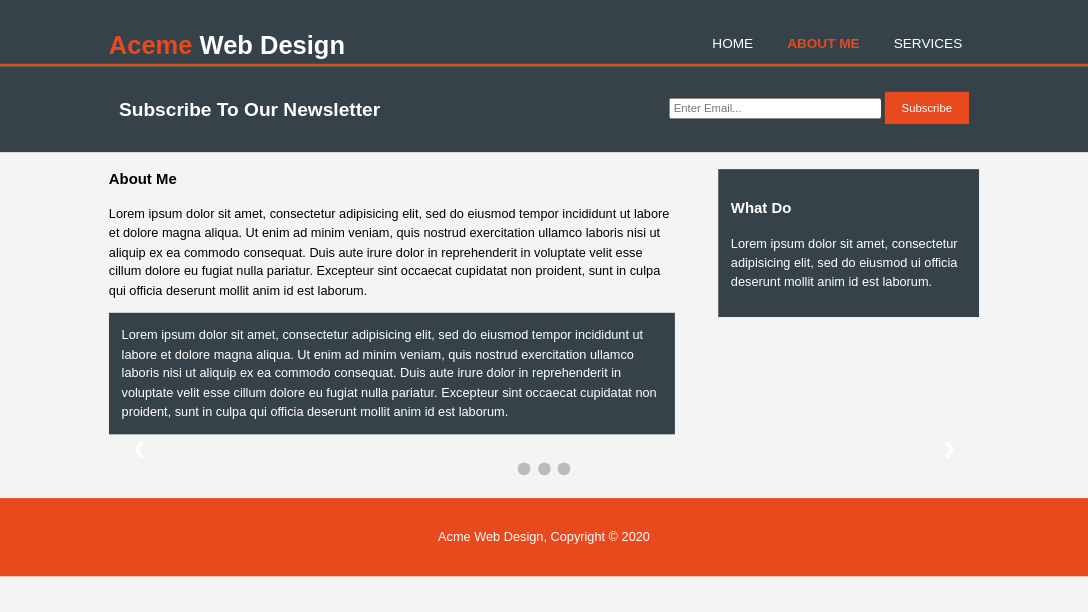
Repository: NiutaR/Build-An-HTML5-Website-With-A
Page: about.html
An editor plug-in stored every save of this project. The page is shown before and after the next save, followed by the edit.
The browser window is 1280 px wide. The pictures show the whole page, at 85% of full size.

Above is the page before, as saved 2021-06-17 20:39:32.

### about.html
<!DOCTYPE html>
<html>
<head>
	<meta charset="utf-8">
	<meta name="viewport" content="width=device-width">
	<meta name="description" content="Affordable and professional web design">
	<meta name="keywords" content="web design, affordable web design, professional web design">
	<meta name="author" content="Jack">
	<title>Aceme Web Design | About</title>
	<link rel="stylesheet" type="text/css" href="./css/style.css">
</head>
<body>
	<header>
		<div class="container">
			<div id="branding">
				<h1><span class="highlight">Aceme</span> Web Design</h1>
			</div>
			<nav>
				<ul>
					<li><a href="index.html">Home</a></li>
					<li class="current"><a href="about.html">About Me</a></li>
					<li><a href="services.html">Services</a></li>
				</ul>
			</nav>
		</div>
	</header>


	<section id="newsletter">
		<div class="container">
			<h1>Subscribe To Our Newsletter</h1>
			<form>
				<input type="email" placeholder="Enter Email...">
				<button type="submit" class="button_1">Subscribe</button>
			</form>
		</div>
	</section>

	<section id="main">
		<div class="container">
			<article id="main-col">
				<h1 class="page-title">About Me</h1>
				<p>Lorem ipsum dolor sit amet, consectetur adipisicing elit, sed do eiusmod
				tempor incididunt ut labore et dolore magna aliqua. Ut enim ad minim veniam,
				quis nostrud exercitation ullamco laboris nisi ut aliquip ex ea commodo
				consequat. Duis aute irure dolor in reprehenderit in voluptate velit esse
				cillum dolore eu fugiat nulla pariatur. Excepteur sint occaecat cupidatat non
				proident, sunt in culpa qui officia deserunt mollit anim id est laborum.</p>
				<p class="dark">Lorem ipsum dolor sit amet, consectetur adipisicing elit, sed do eiusmod
				tempor incididunt ut labore et dolore magna aliqua. Ut enim ad minim veniam,
				quis nostrud exercitation ullamco laboris nisi ut aliquip ex ea commodo
				consequat. Duis aute irure dolor in reprehenderit in voluptate velit esse
				cillum dolore eu fugiat nulla pariatur. Excepteur sint occaecat cupidatat non
				proident, sunt in culpa qui officia deserunt mollit anim id est laborum.</p>
			</article>

			<aside id="sidebar">
				<div class="dark">
					<h3>What <I></I> Do</h3>
					<p>Lorem ipsum dolor sit amet, consectetur adipisicing elit, sed do eiusmod
					ui officia deserunt mollit anim id est laborum.</p>
				</div>
			</aside>
		</div>
	</section>

		<div class="slideshow-container">

			<!-- Full-width images with number and caption text -->
			<div class="mySlides fade">
			  <div class="numbertext">1 / 3</div>
			  <img src="img/img1.jpg" style="width:100%">
			  <div class="text">Caption Text</div>
			</div>

			<div class="mySlides fade">
			  <div class="numbertext">2 / 3</div>
			  <img src="img/img2.jpg" style="width:100%">
			  <div class="text">Caption Two</div>
			</div>

			<div class="mySlides fade">
			  <div class="numbertext">3 / 3</div>
			  <img src="img/img3.jpg" style="width:100%">
			  <div class="text">Caption Three</div>
			</div>

			<!-- Next and previous buttons -->
			<a class="prev" onclick="plusSlides(-1)">&#10094;</a>
			<a class="next" onclick="plusSlides(1)">&#10095;</a>
		  </div>
		  <br>

		  <!-- The dots/circles -->
		  <div style="text-align:center">
			<span class="dot" onclick="currentSlide(1)"></span>
			<span class="dot" onclick="currentSlide(2)"></span>
			<span class="dot" onclick="currentSlide(3)"></span>
		  </div>
	</section>
	<footer>
		<p>Acme Web Design, Copyright &copy; 2020</p>
	</footer>

</body>
</html>

### css/style.css
body{
/*	font-family: Arial, Helvetica, sans-serif;
	font-size:15px;
	line-height: 1.5; // line space between each line*/
	font: 15px/1.5 Arial, Helvetica, sans-serif; /* Same as above */
	padding:0;
	margin:0;
	background-color: #f4f4f4;
}


/* Use . for class*/
/* Global */
.container {
	width:80%; /* Content occupies 80% of whole screen*/
	margin:auto; /* Move content to middle of screen*/
	overflow: hidden;
}

/* By default, ul has padding */
ul{
	margin:0;
	padding:0;
}

.button_1 {
	height:38px;
	background:#e8491d;
	border:0;
	padding-left: 20px;
	padding-right:20px;
	color:#ffffff;
}


.dark{
	padding:15px;
	background:#35424a;
	color:#ffffff;
	margin-top:10px;
	margin-bottom:10px;
}


/* Header*/
header{
	background:#35424a;
	color:#ffffff;
	padding-top:30px;
	min-height:70px;
	border-bottom:#e8491d 3px solid;
}


header a{
	color:#ffffff;
	text-decoration: none;
	text-transform: uppercase;
	font-size:16px;
}


/* Make li horizontal*/
header li{
	float:left;
	display: inline;
	padding: 0 20px 0 20px;
}


header #branding{
	float:left;

}

header #branding h1{
	margin:0;
}

header nav{
	float:right;
	margin-top:10px;
}

header .highlight, header .current a{
	color:#e8491d;
	font-weight: bold
}


header a:hover{
	color:#cccccc;
	font-weight:bold;
}


/* Showcase */
#showcase{
	min-height:400px;
	background:url(../img/logo_showcase.jpg) no-repeat 0 -300px; /* 0 -300px adjusts picture direction*/
	text-align: center;
	color:#ffffff;
}

#showcase h1{
	margin-top:100px;
	font-size:55px;
	margin-bottom:10px;
}

#showcase p{
	font-size:20px;
}


/* Showcase */
#newsletter{
	padding:15px;
	color:#ffffff;
	background:#35424a;
}


#newsletter h1{
	float:left;
}


#newsletter form{
	float:right;
	margin-top:15px;
}

#newsletter input[type="email"]{
	padding:4px;
	height:25px;
	width:250px;
}

/* Boxes */
#boxes{
	margin-top:20px;
}

#boxes .box{
	float:left;
	text-align:center;
	width:30%;
	padding:10px;
}

#box .box img{
	width:90px;
}

/* Sidebar */
aside#sidebar{
	float: right;
	width:30%;
	margin-top:10px;
}


aside#sidebar .quote input, aside#sidebar .quote textarea{
	width:90%;
	padding:5px;

}


/* Main-col*/
article#main-col{
	float:left;
	width:65%;
}


/* Services */
ul#services li{
	list-style:none;
	padding:20px;
	border:#cccccc solid 1px;
	background:#e6e6e6;
	margin-bottom:5px;
}




footer{
	padding:20px;
	margin-top:20px;
	color:#ffffff;
	background-color:#e8491d;
	text-align:center;
}



/* Media Queries*/
@media(max-width: 768px){
	header #branding,
	header nav,
	header nav li,
	#newsletter h1,
	#newsletter form,
	#boxes .box,
	article#main-col,
	aside#sidebar{
		float:none;
		text-align:center;
		width:100%;
	}

	header {
		padding-bottom:20px;
	}

	#showcase h1{
		margin-top:40px;
	}

	#newsletter button, .quote button{
		display:block;
		width:100%;
	}

	#newsletter form input[type="email"], .quote input, .quote textarea{
		width:100%;
		margin-bottom:5px;
	}


}


* {box-sizing:border-box}

/* Slideshow container */
.slideshow-container {
  max-width: 1000px;
  position: relative;
  margin: auto;
}

/* Hide the images by default */
.mySlides {
  display: none;
}

/* Next & previous buttons */
.prev, .next {
  cursor: pointer;
  position: absolute;
  top: 50%;
  width: auto;
  margin-top: -22px;
  padding: 16px;
  color: white;
  font-weight: bold;
  font-size: 18px;
  transition: 0.6s ease;
  border-radius: 0 3px 3px 0;
  user-select: none;
}

/* Position the "next button" to the right */
.next {
  right: 0;
  border-radius: 3px 0 0 3px;
}

/* On hover, add a black background color with a little bit see-through */
.prev:hover, .next:hover {
  background-color: rgba(0,0,0,0.8);
}

/* Caption text */
.text {
  color: #f2f2f2;
  font-size: 15px;
  padding: 8px 12px;
  position: absolute;
  bottom: 8px;
  width: 100%;
  text-align: center;
}

/* Number text (1/3 etc) */
.numbertext {
  color: #f2f2f2;
  font-size: 12px;
  padding: 8px 12px;
  position: absolute;
  top: 0;
}

/* The dots/bullets/indicators */
.dot {
  cursor: pointer;
  height: 15px;
  width: 15px;
  margin: 0 2px;
  background-color: #bbb;
  border-radius: 50%;
  display: inline-block;
  transition: background-color 0.6s ease;
}

.active, .dot:hover {
  background-color: #717171;
}

/* Fading animation */
.fade {
  -webkit-animation-name: fade;
  -webkit-animation-duration: 1.5s;
  animation-name: fade;
  animation-duration: 1.5s;
}

@-webkit-keyframes fade {
  from {opacity: .4}
  to {opacity: 1}
}

@keyframes fade {
  from {opacity: .4}
  to {opacity: 1}
}

### js/slider.js
var slideIndex = 1;
showSlides(slideIndex);

// Next/previous controls
function plusSlides(n) {
  showSlides(slideIndex += n);
}

// Thumbnail image controls
function currentSlide(n) {
  showSlides(slideIndex = n);
}

function showSlides(n) {
  var i;
  var slides = document.getElementsByClassName("mySlides");
  var dots = document.getElementsByClassName("dot");
  if (n > slides.length) {slideIndex = 1}
  if (n < 1) {slideIndex = slides.length}
  for (i = 0; i < slides.length; i++) {
      slides[i].style.display = "none";
  }
  for (i = 0; i < dots.length; i++) {
      dots[i].className = dots[i].className.replace(" active", "");
  }
  slides[slideIndex-1].style.display = "block";
  dots[slideIndex-1].className += " active";
}

After the next save:
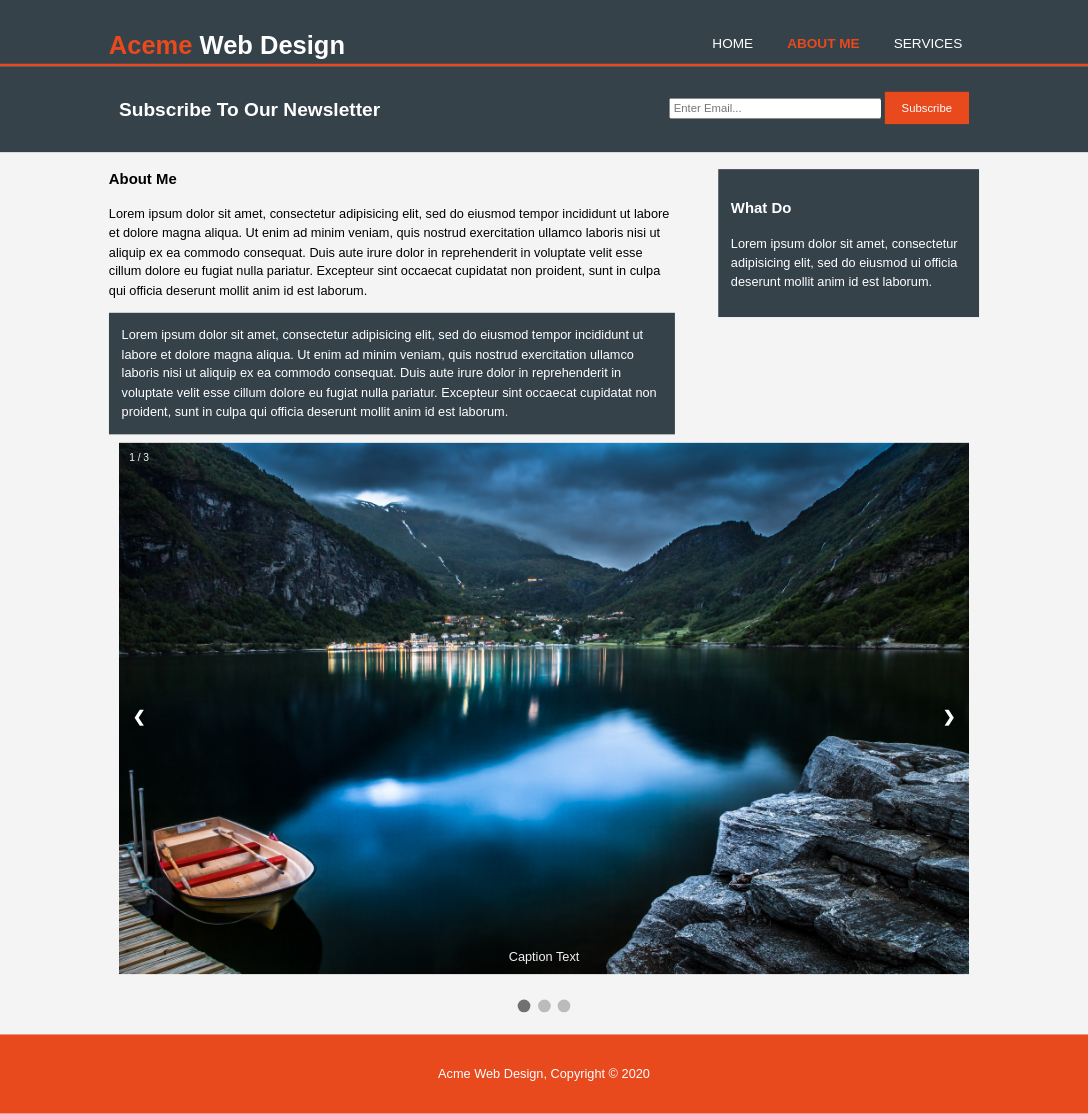
Saved 10 s later.
--- a/about.html
+++ b/about.html
@@ -101,6 +101,6 @@
 	<footer>
 		<p>Acme Web Design, Copyright &copy; 2020</p>
 	</footer>
-
+	<script src="js/slider.js"></script>
 </body>
 </html>
